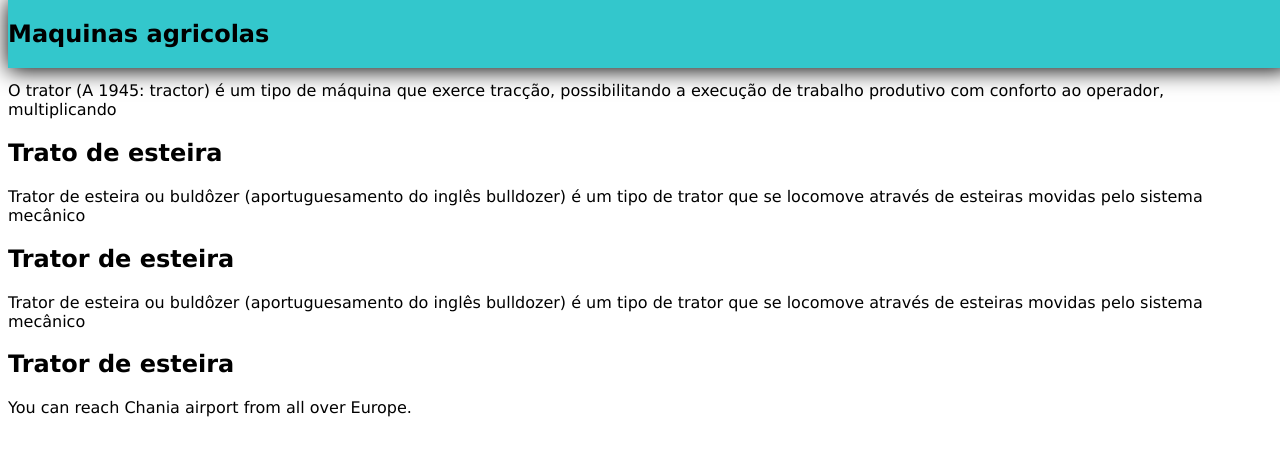
Repository: ecrseer/pesquisa-carros-html
Page: news.html
The author's editor kept a copy of each file at every save. The page is drawn from the files as they stood at one save, then again after the next save.
The browser window is 1280 px wide. The pictures show the whole page.

Above is the page before, as saved 2022-01-21 16:26:00.

### news.html
<!doctype html>

<html lang="pt-br">
  <html lang="pt-br">
    <head>
        <meta charset="UTF-8"/>
        <meta name="viewport" content="width=device-width,
        initial-scale=1.0"/>
        <meta http-equiv="X-UA-Compatible" content="ie=edge">
        <title>Vendarro LTDA</title>

  <link rel="stylesheet" href="news.css">

</head>

<body>
    <nav class="header">
        <h1>Maquinas agricolas</h1>

      </nav>
      <div class="">
        <div class="row">

        </div>


        <div  >
          <h1>Trator</h1>
          <p>O trator (A 1945: tractor) é um tipo de máquina que exerce tracção, possibilitando a execução de trabalho produtivo com conforto ao operador, multiplicando </p>
        </div>

        <div class="col-3 col-s-12">
          <div class="aside">
            <h2>Trato de esteira</h2>
            <p>Trator de esteira ou buldôzer (aportuguesamento do inglês bulldozer) é um tipo de trator que se locomove através de esteiras movidas pelo sistema mecânico</p>
            <h2>Trator de esteira</h2>
            <p>Trator de esteira ou buldôzer (aportuguesamento do inglês bulldozer) é um tipo de trator que se locomove através de esteiras movidas pelo sistema mecânico</p>
            <h2>Trator de esteira</h2>
            <p>You can reach Chania airport from all over Europe.</p>

          </div>
        </div>


      </div>

  <script src="scripts.js"></script>

</body>
</html>

### news.css
* {
    box-sizing: border-box;
  }

  html {
    font-family: "Lucida Sans", sans-serif;
  }

  .header {
    background-color: #33c7cc;
    position: fixed;
    top:0;
    width: 100%;
    max-height: 21vh;
    box-shadow: 1px 1px 3vh 1px;
  }

### scripts.js
function recurs(nmbr){

    if (nmbr==1)
    return 1;
    else
    arr.push(3*recurs(nmbr-1));
}

let
    isWhite = false,
    arr=[];
    let
    fixo=new Array(5);

    fixo[0]='E';
    fixo[4]='S';
    console.log(fixo);


function changeTheme(){
    isWhite ? document.querySelector("body").style.backgroundColor='#010101' :
    document.querySelector("body").style.backgroundColor='#fff';

    isWhite= !isWhite;

    function hapn(){
        console.log('data');
    }

    console.log(arr);
}

After the next save:
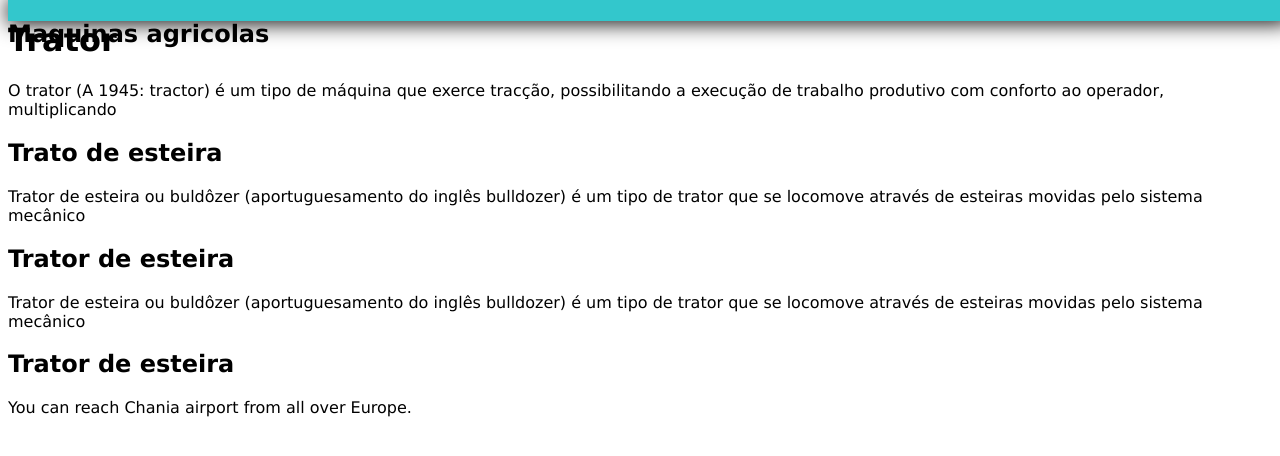
Saved 14 s later.
--- a/news.css
+++ b/news.css
@@ -11,6 +11,6 @@
     position: fixed;
     top:0;
     width: 100%;
-    max-height: 21vh;
+    max-height: 21px;
     box-shadow: 1px 1px 3vh 1px;
   }
